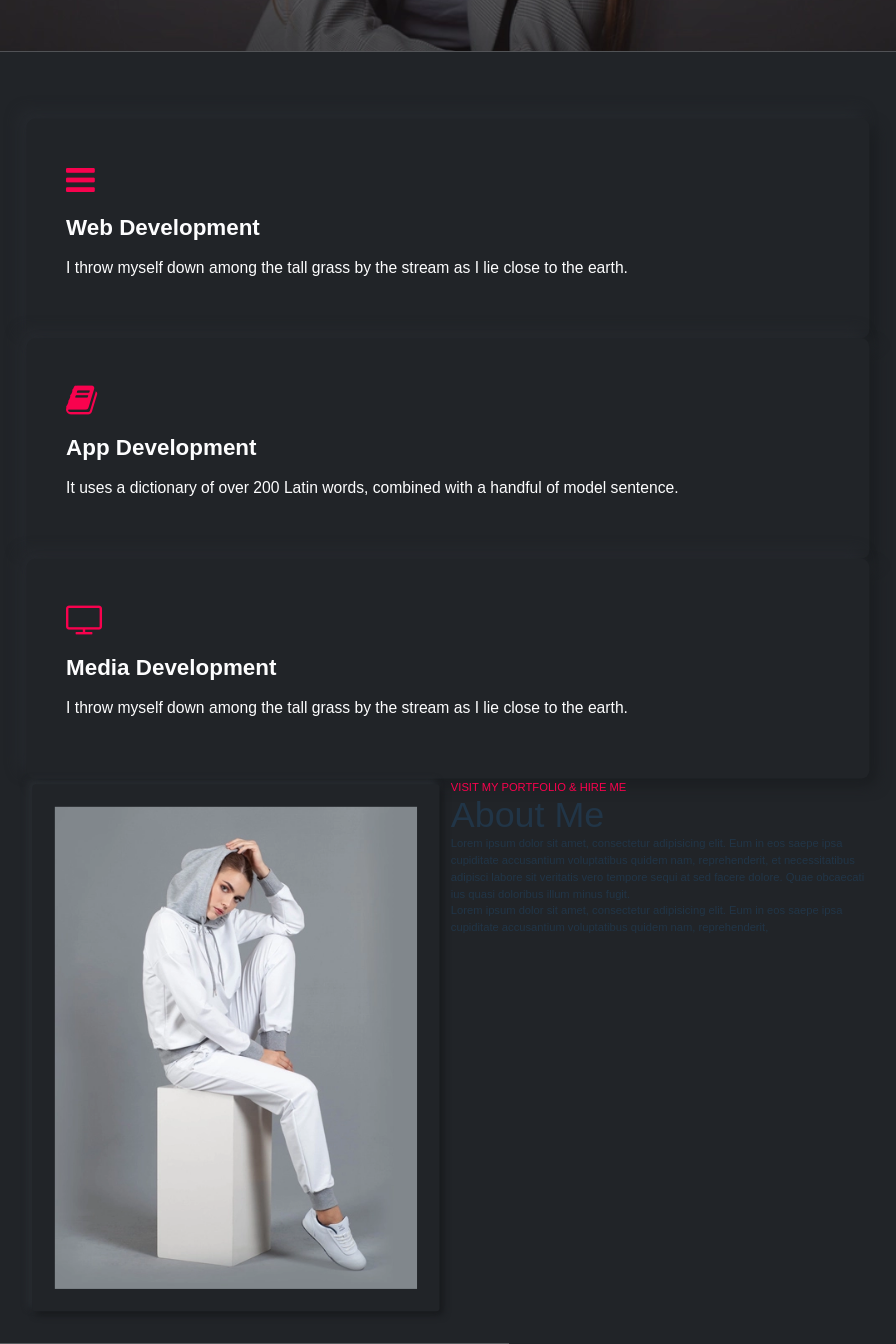
Repository: arminprogramme/inbio
Page: /
These files come from the project's save history. The page is drawn as it stood at one moment and after the next save; the edit follows.
The browser window is 1280 px wide. The pictures show the part of the page from y = 795 to 2715 px (the page is 2715 px tall), at 70% of full size.
Some web libraries are served in a nearby version. The project was rebuilt for these pictures with package versions that can differ from the ones it lists, and the page was loaded fresh each time. Also part of the build but not shown: vite.config.js.

Above is the page before, as saved 2023-10-20 03:38:56.

### index.html
<!doctype html>
<html lang="en">

<head>
    <meta charset="UTF-8" />
    <link rel="icon" type="image/svg+xml" href="/vite.svg" />
    <link rel="stylesheet" href="https://cdnjs.cloudflare.com/ajax/libs/font-awesome/4.7.0/css/font-awesome.min.css">
    <link href="https://cdnjs.cloudflare.com/ajax/libs/flowbite/1.8.1/flowbite.min.css" rel="stylesheet" />
    <meta name="viewport" content="width=device-width, initial-scale=1.0" />
    <title>Vite + React</title>
</head>

<body>
    <div id="root"></div>
    <script src="https://cdnjs.cloudflare.com/ajax/libs/flowbite/1.8.1/flowbite.min.js"></script>
    <script type="module" src="/src/main.jsx"></script>
</body>

</html>

### src/App.jsx
import   { Component } from 'react';
import LandingPage from './Component/LandingPage.jsx'
import './App.css'

class App extends Component {


  render() {
    return (
    <div>
      <LandingPage />
    </div>
    );
  }


}

export default App;

### src/index.css
:root {
    font-family: Inter, system-ui, Avenir, Helvetica, Arial, sans-serif;
}

a {
    font-weight: 500;
    color: #646cff;
    text-decoration: inherit;
}

* {
    padding: 0;
    margin: 0;
    box-sizing: border-box;
}

@tailwind base;
@tailwind components;
@tailwind utilities;
a:hover {
    color: #535bf2;
}

body {
    margin: 0;
    font-family: 'Vazir', sans-serif;
}

h1 {
    font-size: 3.2em;
    line-height: 1.1;
}

@media (prefers-color-scheme: light) {
     :root {
        color: #213547;
        background-color: #ffffff;
    }
    a:hover {
        color: #747bff;
    }
    button {
        background-color: #f9f9f9;
    }
}

### src/Component/LandingPage.jsx
import  { Component } from 'react';
import Header from './Header/Header.jsx'
import Body from './Body/Body.jsx'
//import Footer from './Footer/Footer.jsx'
class LandingPage extends Component {
    render() {
        return (
            <div>
                <Header/>
                <Body/>

            </div>
        );
    }
}

export default LandingPage;

### src/Component/Header/Header.jsx
import  { Component } from 'react';
import NavBar from './Navbar.jsx'
import './Header.css'
class Header extends Component {
    render() {
        return (
            <div>
                <NavBar/>
                <div className="banner-header text-center">
                    <h1 className='font-bold text-white'>KRISTINA SOMOLYER</h1>
                    <p>American Supermodel & Entrepreneur</p>
                </div>
            </div>
        );
    }
}

export default Header;

### src/Component/Body/Body.jsx
import  { Component } from 'react';
import Services from './Services/Services.jsx'
import About from './About/About.jsx'
import './Body.css'
class Body extends Component {
    render() {
        return (
            <>
            <div className='black-bg '>
                <div className="limit-width">
                    <Services/>
                    <About/>
                </div>
            </div>
            </>
        );
    }
}

export default Body;

### src/Component/Header/Navbar.jsx
import  { Component } from 'react';

class Navbar extends Component {
    render() {
        return (
            <div>

<nav className=" black-bg">
  <div className="max-w-screen-xl flex flex-wrap items-center justify-between mx-auto p-6">
    <a href="https://.com/" className="flex items-center">
       <h2 className='text-white'>React Project</h2>
    </a>
    <button data-collapse-toggle="navbar-default" type="button"  className="inline-flex items-center p-2 w-10 h-10 justify-center text-sm text-white rounded-lg md:hidden " aria-controls="navbar-default" aria-expanded="false">
    <i className="fa fa-bars text-white"></i>

    </button>
    <div className="hidden w-full md:block md:w-auto" id="navbar-default">
      <ul className="font-medium flex flex-col p-4 md:p-0 mt-4 border border-gray-100 rounded-lg text-white md:flex-row md:space-x-8 md:mt-0 md:border-0 black-bg">
        <li>
          <a href="#" className="block py-2 pl-3 pr-4 text-white md:hover:text-gray-700 dark:text-white md:dark:hover:text-gray-500 rounded md:bg-transparent md:p-0 " aria-current="page">Home</a>
        </li>
        <li>
          <a href="#" className="block py-2 pl-3 pr-4 text-gray-900 rounded hover:bg-gray-100 md:hover:bg-transparent md:border-0 md:hover:text-gray-700 md:p-0 dark:text-white md:dark:hover:text-gray-500 dark:hover:bg-gray-700 dark:hover:text-white md:dark:hover:bg-transparent">About</a>
        </li>
        <li>
          <a href="#" className="block py-2 pl-3 pr-4 text-gray-900 rounded md:hover:text-gray-700 md:p-0 dark:text-white md:dark:hover:text-gray-500 dark:hover:bg-gray-700 dark:hover:text-white md:dark:hover:bg-transparent">Services</a>
        </li>
        <li>
          <a href="#" className="block py-2 pl-3 pr-4 text-gray-900 rounded hover:bg-gray-100 md:hover:bg-transparent md:border-0 md:hover:text-gray-700 md:p-0 dark:text-white md:dark:hover:text-gray-500 dark:hover:bg-gray-700 dark:hover:text-white md:dark:hover:bg-transparent">Pricing</a>
        </li>
        <li>
          <a href="#" className="block py-2 pl-3 pr-4 text-gray-900 rounded hover:bg-gray-100 md:hover:bg-transparent md:border-0md:hover:text-gray-700 md:p-0 dark:text-white md:dark:hover:text-gray-500 dark:hover:bg-gray-700 dark:hover:text-white md:dark:hover:bg-transparent">Contact</a>
        </li>
      </ul>
    </div>
  </div>
</nav>

            </div>
        );
    }
}

export default Navbar;

### src/Component/Header/Header.css
.black-bg {
    background-color: #212428;
}

.banner-header {
    background-image: url(../../../bg-image-12.webp);
    background-position: center;
    background-size: cover;
    padding: 20.25rem 0;
}

.banner-header h1 {
    letter-spacing: 6px;
    font-size: 3.2rem;
}

.banner-header p {
    letter-spacing: 6px;
    font-size: 1.2rem;
    padding: 2rem 0;
    color: #fff;
}

### src/Component/Body/Services/Services.jsx
import  { Component } from 'react';
import ServicesItem from './ServicesItem.jsx'
import './Services.css'
class Services extends Component {

    constructor(props){
        super(props)

        this.state = {
            services : [
                {id : 1 , icon : 'red-color fa fa-bars' , title : 'Web Development' , text : 'I throw myself down among the tall grass by the stream as I lie close to the earth.'},
                {id : 2 , icon : 'red-color fa fa-book' , title : 'App Development' , text : 'It uses a dictionary of over 200 Latin words, combined with a handful of model sentence.'},
                {id : 3 , icon : 'red-color fa fa-television' , title : 'Media Development' , text : 'I throw myself down among the tall grass by the stream as I lie close to the earth.'},
            ]
        }
    }
    render() {
        return (
            <div>
              <div className="grid  grid-cols-1 lg:grid-cols-3 gap-10">
              {this.state.services.map(services => {
                return <ServicesItem key={services.id} {...services} />
               })}
              </div>
            </div>
        );
    }
}

export default Services;

### src/Component/Body/About/About.jsx
import  { Component } from 'react';
import   './About.css'
class About extends Component {
    render() {
        return (
            <div>
                <div className="about-container my-52 grid grid-cols-1 lg:grid-cols-2 gap-2">
                    <div className="img-about">
                        <div className="inner-img-about">
                            <img src="about-5.webp" className='rounded' alt="" />
                        </div>
                    </div>
                    <div className="content-about">
                        <h5 className='red-color'>VISIT MY PORTFOLIO & HIRE ME</h5>
                        <h1>About Me</h1>
                        <p>Lorem ipsum dolor sit amet, consectetur adipisicing elit. Eum in eos saepe ipsa cupiditate accusantium voluptatibus quidem nam, reprehenderit, et necessitatibus adipisci labore sit veritatis vero tempore sequi at sed facere dolore. Quae obcaecati ius quasi doloribus illum minus fugit.</p>
                        <p>Lorem ipsum dolor sit amet, consectetur adipisicing elit. Eum in eos saepe ipsa cupiditate accusantium voluptatibus quidem nam, reprehenderit,</p>
                    </div>
                </div>
            </div>
        );
    }
}

export default About;

### src/Component/Body/Body.css
.limit-width {
    max-width: 1450px;
    padding: 6rem 3% 3%;
    margin: auto;
}

### src/Component/Body/Services/ServicesItem.jsx
import { Component } from 'react';

class ServicesItem extends Component {
    render() {
        return (
            <div className='services-item'>
                <div className="icon-services">
                    <i className={this.props.icon}></i>
                </div>
                <div className="content-services">
                <h2 className='font-bold'>{this.props.title}</h2>
                <p>{this.props.text}</p>
                </div>
            </div>
        );
    }
}

export default ServicesItem;

### src/Component/Body/Services/Services.css
.icon-services i {
    font-size: 3rem;
}

.red-color {
    color: #f8024e;
}

.content-services {
    padding: 1.2rem 0;
    color: #FDFDFE;
}

.content-services h2 {
    font-size: 2rem;
    padding-bottom: 1rem;
}

.content-services p {
    line-height: 2.25rem;
    font-size: 1.4rem;
}

.services-item {
    border-radius: 12px;
    transition: 0.5s!important;
    padding: 4rem 3.5rem;
    background: #212428;
    box-shadow: 10px 10px 20px #1b1e21, -10px -10px 20px #272a2f;
    -webkit-transition: 0.5s!important;
    -moz-transition: 0.5s!important;
    -ms-transition: 0.5s!important;
    -o-transition: 0.5s!important;
    cursor: pointer;
}

.services-item:hover {
    border-radius: 12px;
    transform: translateY(-1.2rem);
    transition: 0.5s!important;
    background: linear-gradient(145deg, #23272b, #16171a);
    box-shadow: 10px 10px 13px #1b1e21, -10px -10px 13px #272a2f;
    -webkit-transition: 0.5s!important;
    -moz-transition: 0.5s!important;
    -ms-transition: 0.5s!important;
    -o-transition: 0.5s!important;
    -webkit-transform: translateY(-1.2rem);
    -moz-transform: translateY(-1.2rem);
    -ms-transform: translateY(-1.2rem);
    -o-transform: translateY(-1.2rem);
}

### src/Component/Body/About/About.css
.inner-img-about,
.img-about {
    padding: 0.5rem;
    border-radius: 5px;
    max-width: 100%;
}

.inner-img-about {
    border-radius: 5px;
    background: #212428;
    box-shadow: 5px 5px 10px #17191c, -5px -5px 10px #2b2f34;
    -webkit-border-radius: 5px;
    -moz-border-radius: 5px;
    -ms-border-radius: 5px;
    -o-border-radius: 5px;
}

.inner-img-about img {
    width: 100%;
    border-radius: 5px!important;
    -webkit-border-radius: 5px!important;
    -moz-border-radius: 5px!important;
    padding: 1.5rem;
    -ms-border-radius: 5px!important;
    -o-border-radius: 5px!important;
}

Loaded but not shown: src/main.jsx (common file); src/App.css (common file)

After the next save:
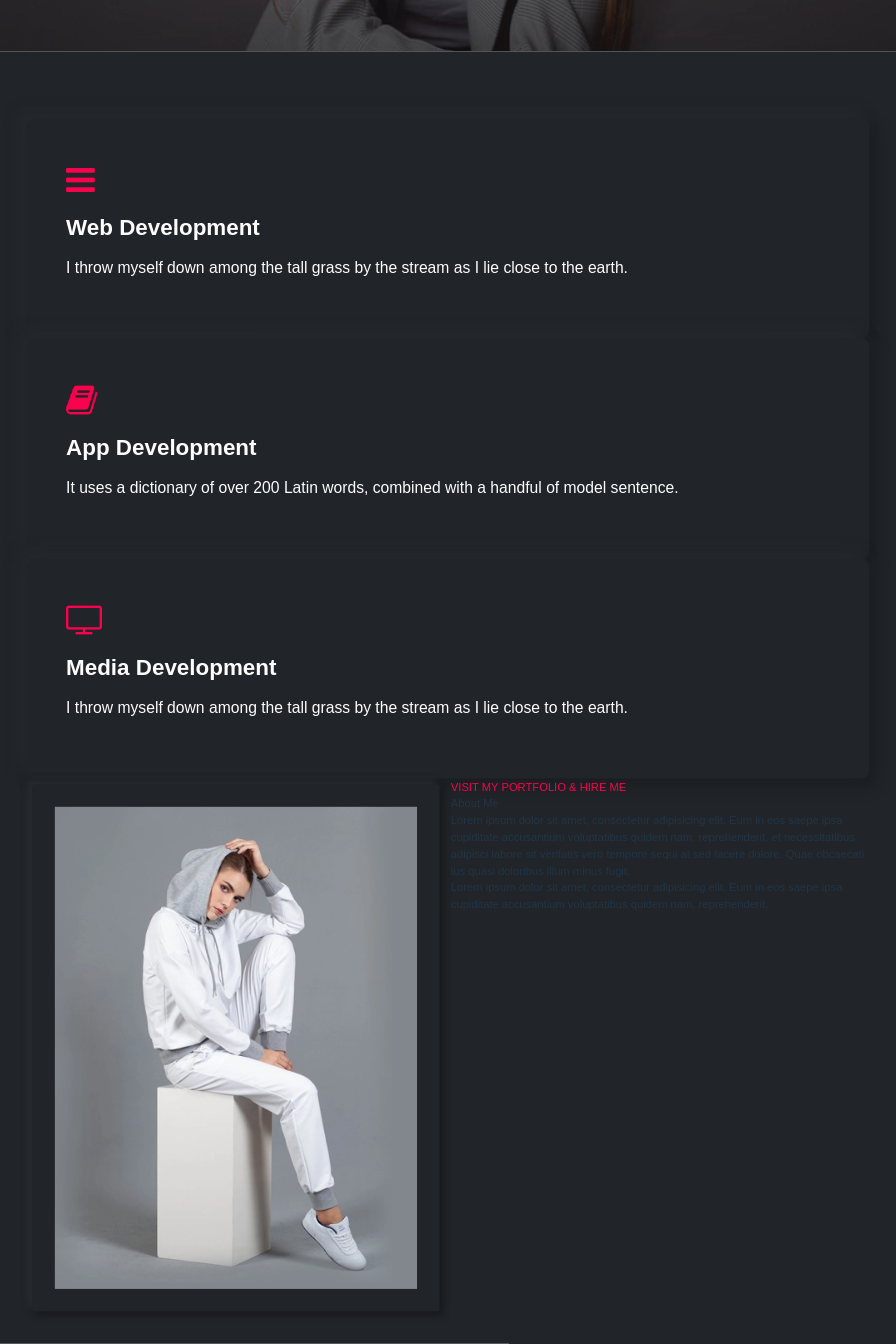
Saved 41 s later.
--- a/src/Component/Body/About/About.jsx
+++ b/src/Component/Body/About/About.jsx
@@ -12,7 +12,7 @@ class About extends Component {
                     </div>
                     <div className="content-about">
                         <h5 className='red-color'>VISIT MY PORTFOLIO & HIRE ME</h5>
-                        <h1>About Me</h1>
+                        <h2>About Me</h2>
                         <p>Lorem ipsum dolor sit amet, consectetur adipisicing elit. Eum in eos saepe ipsa cupiditate accusantium voluptatibus quidem nam, reprehenderit, et necessitatibus adipisci labore sit veritatis vero tempore sequi at sed facere dolore. Quae obcaecati ius quasi doloribus illum minus fugit.</p>
                         <p>Lorem ipsum dolor sit amet, consectetur adipisicing elit. Eum in eos saepe ipsa cupiditate accusantium voluptatibus quidem nam, reprehenderit,</p>
                     </div>
